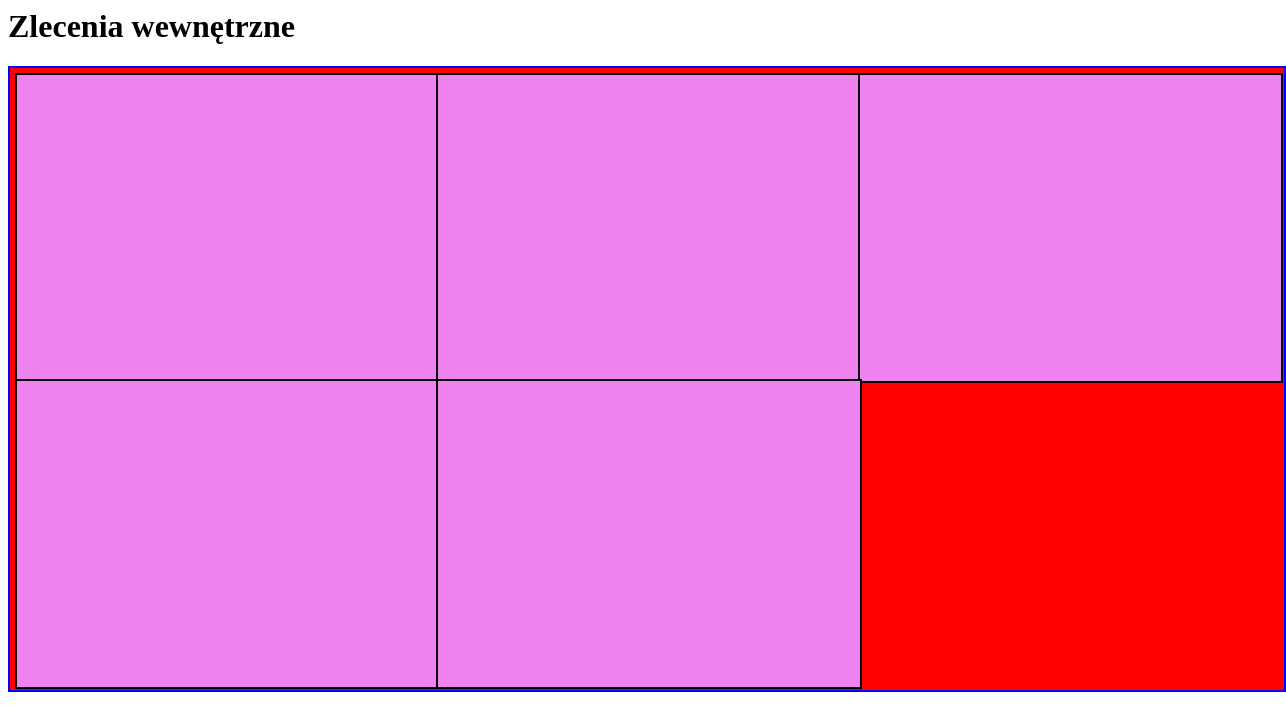
Repository: emdes515/EHpanel
Page: html/dashboardZleceniaWewnetrzne.html
An editor plug-in stored every save of this project. The page is shown before and after the next save, followed by the edit.
The browser window is 1280 px wide. The page is 1286 px wide, so the pictures cover 1286 px, including what lies to the right of the window. The pictures show the whole page.

Above is the page before, as saved 2024-04-18 08:31:28.

### html/dashboardZleceniaWewnetrzne.html
<style>
	h2 {
		font-size: 15px;
		margin-top: 10px;
	}

	.gridWrapper {
		display: grid;
		grid-template-columns: 1fr 1fr 1fr;
		width: 100%;
		height: 85vh;
		padding: 5px;
		border: 2px solid blue;
		background-color: red;
	}

	.element {
		background-color: violet;
		width: 100%;
		height: 100%;
		border: 2px solid black;
	}
</style>

<h1 class="text-center w-100">Zlecenia wewnętrzne</h1>

<div class="gridWrapper">
	<div class="element"></div>
	<div class="element"></div>
	<div class="element"></div>
	<div class="element"></div>
	<div class="element"></div>
</div>

<!-- <div
	class="d-grid container-fluid text-center"
	style="height: 90%">
	<div class="row">
		<div
			class="col border-primary"
			id="dashboardZleceniaWewnetrzneDzialyZglaszajace">
			<h2 style="height: 10%">Działy zgłaszające</h2>
			<div id="dashboardZleceniaWewnetrzneDzialyZglaszajacePulpit"></div>
		</div>

		<div
			class="col border-primary"
			id="dashboardZleceniaWewnetrzneRodzajeWnioskowanejPracy">
			<h2 style="height: 10%">Rodzaje wnioskowanej parcy</h2>
			<div id="dashboardZleceniaWewnetrzneRodzajeWnioskowanejPracyPulpit"></div>
		</div>

		<div
			class="col border-primary"
			id="dashboardZleceniaWewnetrzneRodzajeZalaczanychDokumentow">
			<h2 style="height: 10%">Rodzaje zalączanych dokumentów</h2>
			<div id="dashboardZleceniaWewnetrzneRodzajeZalaczanychDokumentowPulpit"></div>
		</div>
	</div>

	<div class="row">
		<div
			class="col-4"
			id="dashboardZleceniaWewnetrzneRynki">
			<h2 style="height: 10%">Wewnętrze rynki</h2>
			<div id="dashboardZleceniaWewnetrzneRynkiPulpit"></div>
		</div>

		<div
			class="col-4"
			id="dashboardZleceniaWewnetrzneTypyWnioskow">
			<h2 style="height: 15%">Wewnetrzne typy wniosków</h2>
			<div id="dashboardZleceniaWewnetrzneTypyWnioskowPulpit"></div>
		</div>
	</div>

	<script
		type="text/javascript"
		src="js/dashboardZleceniaWewnetrzne.js"></script>
</div> -->

After the next save:
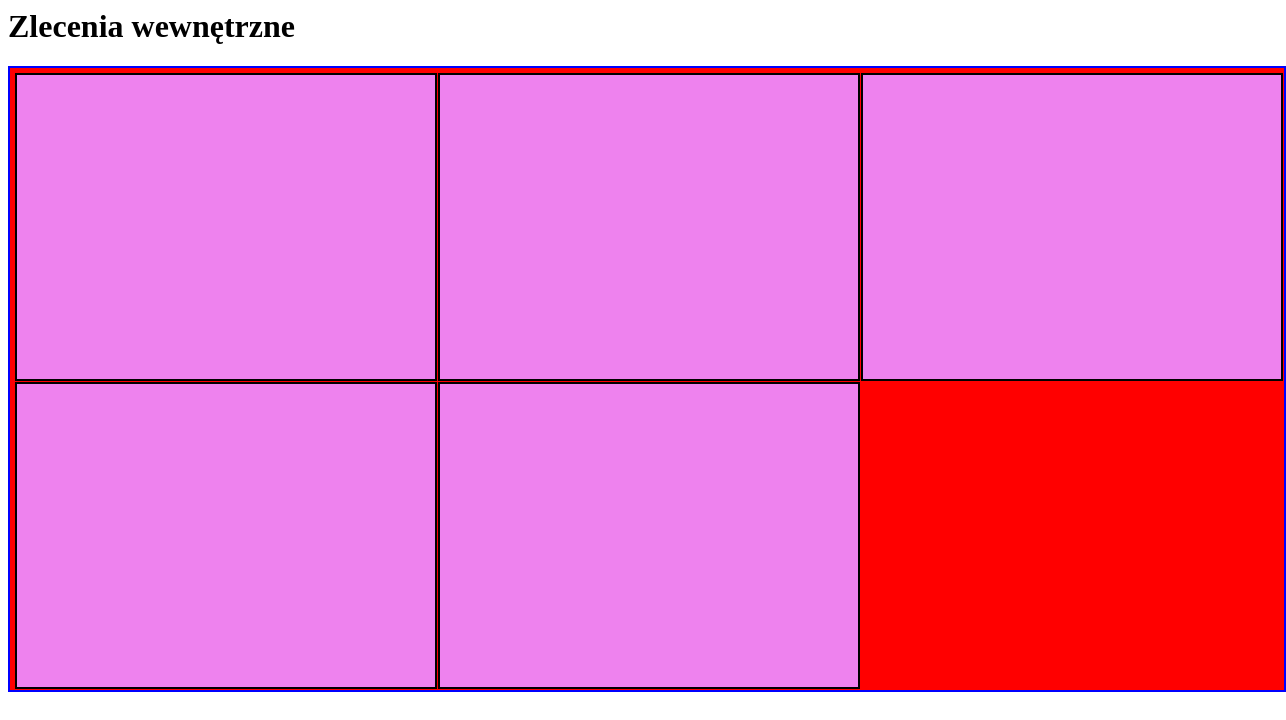
Saved 10 s later.
--- a/html/dashboardZleceniaWewnetrzne.html
+++ b/html/dashboardZleceniaWewnetrzne.html
@@ -10,6 +10,7 @@
 		width: 100%;
 		height: 85vh;
 		padding: 5px;
+		gap: 5px;
 		border: 2px solid blue;
 		background-color: red;
 	}
